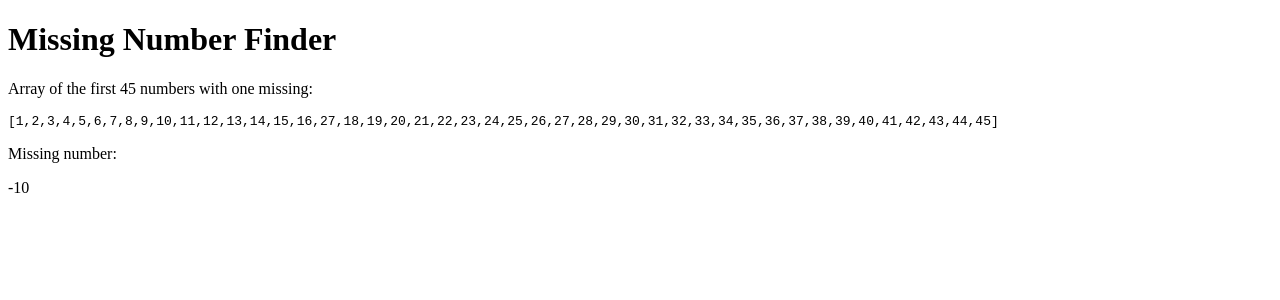
Repository: devblackie/missingNumberFinder
Page: index.html
An editor plug-in stored every save of this project. The page is shown before and after the next save, followed by the edit.
The browser window is 1280 px wide. The pictures show the whole page.

Above is the page before, as saved 2023-08-23 14:52:00.

### index.html
<!DOCTYPE html>
<html lang="en">
  <head>
    <meta charset="UTF-8" />
    <meta name="viewport" content="width=device-width, initial-scale=1.0" />
    <title>Missing Integer Finder</title>
  </head>
  <body>
    <h1>Missing Number Finder</h1>

    <p>Array of the first 45 numbers with one missing:</p>
    <pre id="numbers"></pre>

    <p>Missing number:</p>
    <p id="missingNumber"></p>
    <script src="index.js"></script>
  </body>
</html>

### index.js
function findMissingNumber(arr) {
    const n = 45; // Total number of integers
    const totalSum = (n * (n + 1)) / 2; // Sum of the first n integers
    const arraySum = arr.reduce((acc, num) => acc + num, 0); // Sum of elements in the array

    return totalSum - arraySum;
  }

  const numbers = [1, 2, 3,4,5,6,7,8,9,10,11,12,13,14,15,16,27,18,19,20,21,22,23,24,25,26,27,28,29,30,31,32,33,34,35,36,37,38,39,40,41,42,43,44, 45]; // Array of the first 45 numbers with one missing
  const missingNumber = findMissingNumber(numbers);

  document.getElementById("numbers").textContent = JSON.stringify(numbers);
  document.getElementById("missingNumber").textContent = missingNumber;

After the next save:
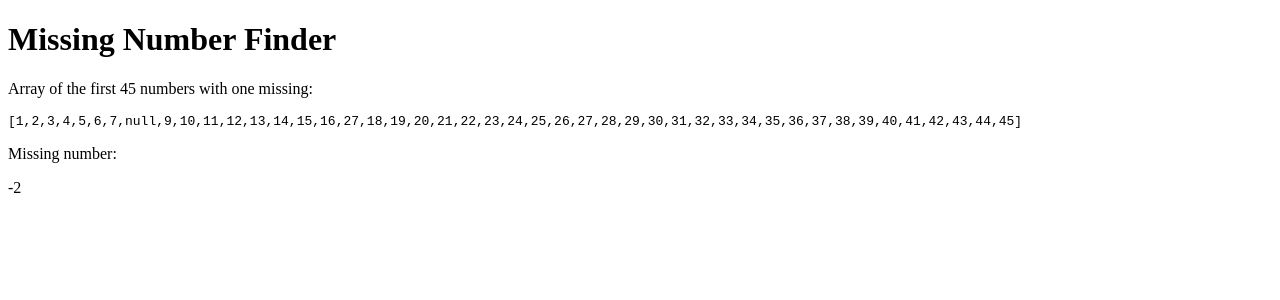
Saved 10 s later.
--- a/index.js
+++ b/index.js
@@ -6,7 +6,7 @@ function findMissingNumber(arr) {
     return totalSum - arraySum;
   }
 
-  const numbers = [1, 2, 3,4,5,6,7,8,9,10,11,12,13,14,15,16,27,18,19,20,21,22,23,24,25,26,27,28,29,30,31,32,33,34,35,36,37,38,39,40,41,42,43,44, 45]; // Array of the first 45 numbers with one missing
+  const numbers = [1, 2, 3,4,5,6,7,,9,10,11,12,13,14,15,16,27,18,19,20,21,22,23,24,25,26,27,28,29,30,31,32,33,34,35,36,37,38,39,40,41,42,43,44, 45]; // Array of the first 45 numbers with one missing
   const missingNumber = findMissingNumber(numbers);
 
   document.getElementById("numbers").textContent = JSON.stringify(numbers);
